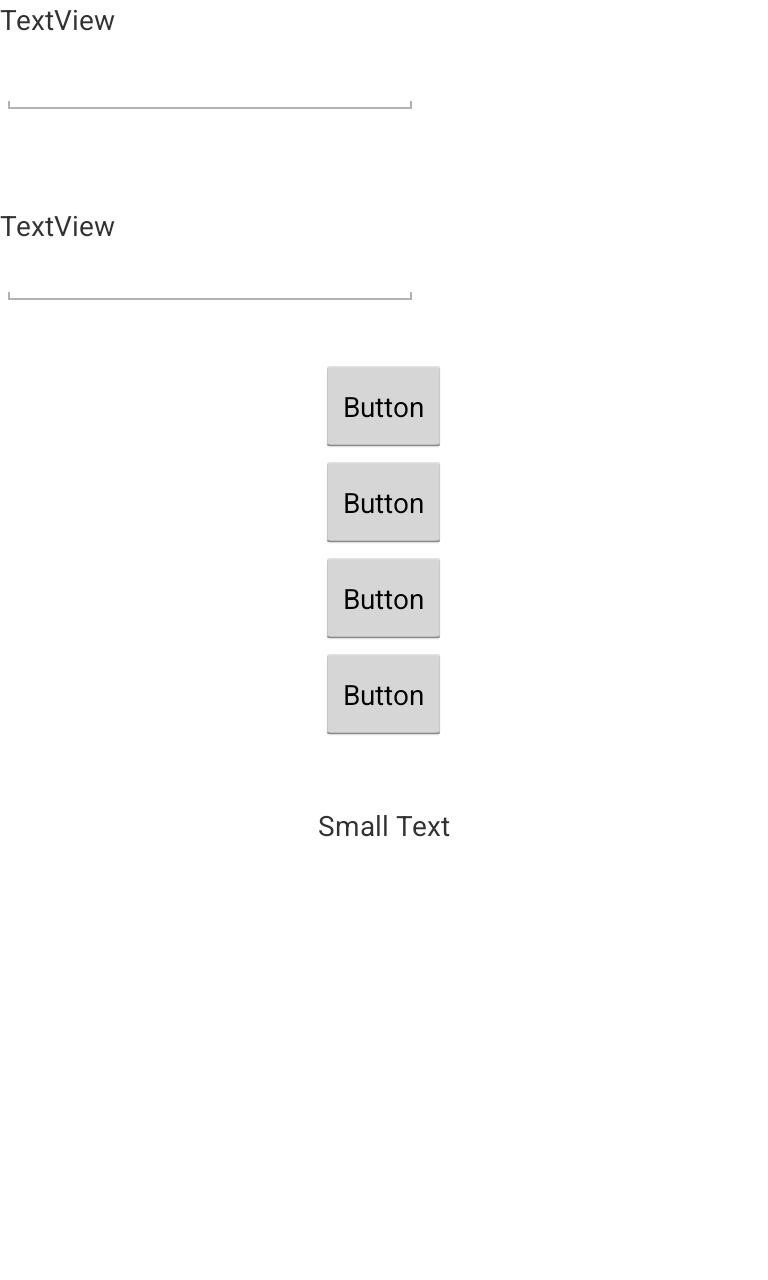
Repository: Rennanxp2/Android_Exercices_done
Layout: Exercícios Android/Ex2/res/layout/activity_calculadora.xml
The author's editor kept a copy of each file at every save. The layout is drawn from the files as they stood at one save, then again after the next save.
It is drawn on a 768 x 1280 px phone screen (xhdpi) without system bars, with theme AppTheme; the app's code is not run.

Above is the layout before, as saved 2017-09-09 02:11:49.

### Exercícios Android/Ex2/res/layout/activity_calculadora.xml
<RelativeLayout xmlns:android="http://schemas.android.com/apk/res/android"
    xmlns:tools="http://schemas.android.com/tools"
    android:layout_width="match_parent"
    android:layout_height="match_parent"
    tools:context="${relativePackage}.${activityClass}" >

    <TextView
        android:id="@+id/lblValor1"
        android:layout_width="wrap_content"
        android:layout_height="wrap_content"
        android:layout_alignParentLeft="true"
        android:layout_alignParentTop="true"
        android:text="TextView" />

    <EditText
        android:id="@+id/editText2"
        android:layout_width="wrap_content"
        android:layout_height="wrap_content"
        android:layout_alignParentLeft="true"
        android:layout_below="@+id/editValor1"
        android:layout_marginTop="56dp"
        android:ems="10" />

    <EditText
        android:id="@+id/editValor1"
        android:layout_width="wrap_content"
        android:layout_height="wrap_content"
        android:layout_alignParentLeft="true"
        android:layout_below="@+id/lblValor1"
        android:ems="10" />

    <TextView
        android:id="@+id/textView2"
        android:layout_width="wrap_content"
        android:layout_height="wrap_content"
        android:layout_alignBottom="@+id/editText2"
        android:layout_alignParentLeft="true"
        android:layout_marginBottom="32dp"
        android:text="TextView" />

    <Button
        android:id="@+id/button2"
        style="?android:attr/buttonStyleSmall"
        android:layout_width="wrap_content"
        android:layout_height="wrap_content"
        android:layout_below="@+id/button3"
        android:layout_centerHorizontal="true"
        android:text="Button" />

    <Button
        android:id="@+id/button3"
        style="?android:attr/buttonStyleSmall"
        android:layout_width="wrap_content"
        android:layout_height="wrap_content"
        android:layout_alignLeft="@+id/button2"
        android:layout_below="@+id/editText2"
        android:layout_marginTop="25dp"
        android:text="Button" />

    <Button
        android:id="@+id/button1"
        style="?android:attr/buttonStyleSmall"
        android:layout_width="wrap_content"
        android:layout_height="wrap_content"
        android:layout_alignLeft="@+id/button2"
        android:layout_below="@+id/button2"
        android:text="Button" />

    <Button
        android:id="@+id/button4"
        style="?android:attr/buttonStyleSmall"
        android:layout_width="wrap_content"
        android:layout_height="wrap_content"
        android:layout_alignLeft="@+id/button1"
        android:layout_below="@+id/button1"
        android:text="Button" />

    <TextView
        android:id="@+id/textView3"
        android:layout_width="wrap_content"
        android:layout_height="wrap_content"
        android:layout_below="@+id/button4"
        android:layout_centerHorizontal="true"
        android:layout_marginTop="32dp"
        android:text="Small Text"
        android:textAppearance="?android:attr/textAppearanceSmall" />

</RelativeLayout>

Loaded but not shown: Exercícios Android/Ex2/res/values/styles.xml (common file); Exercícios Android/Ex2/res/values-v11/styles.xml (common file); Exercícios Android/Ex2/res/values-v14/styles.xml (common file)

After the next save:
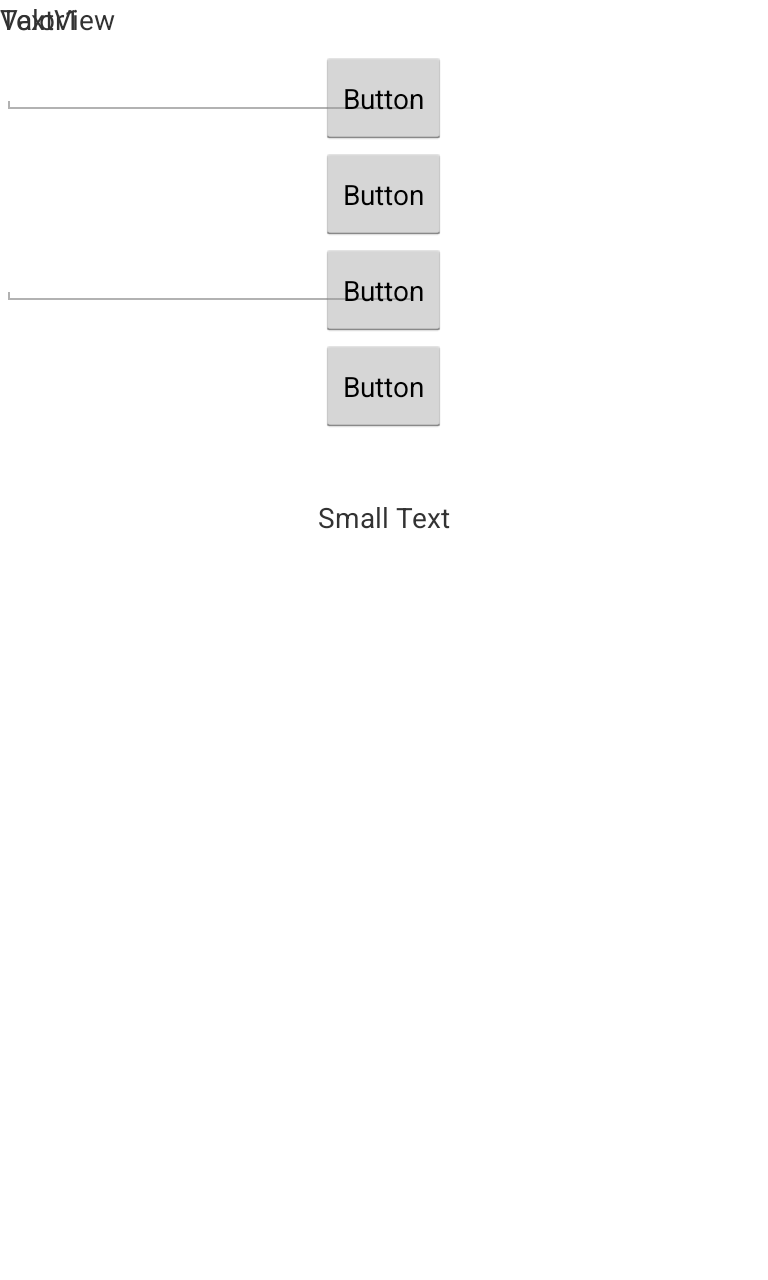
Saved 2 min 21 s later.
--- a/Exercícios Android/Ex2/res/layout/activity_calculadora.xml
+++ b/Exercícios Android/Ex2/res/layout/activity_calculadora.xml
@@ -10,10 +10,10 @@
         android:layout_height="wrap_content"
         android:layout_alignParentLeft="true"
         android:layout_alignParentTop="true"
-        android:text="TextView" />
+        android:text="Valor1" />
 
     <EditText
-        android:id="@+id/editText2"
+        android:id="@+id/txtValor1"
         android:layout_width="wrap_content"
         android:layout_height="wrap_content"
         android:layout_alignParentLeft="true"
